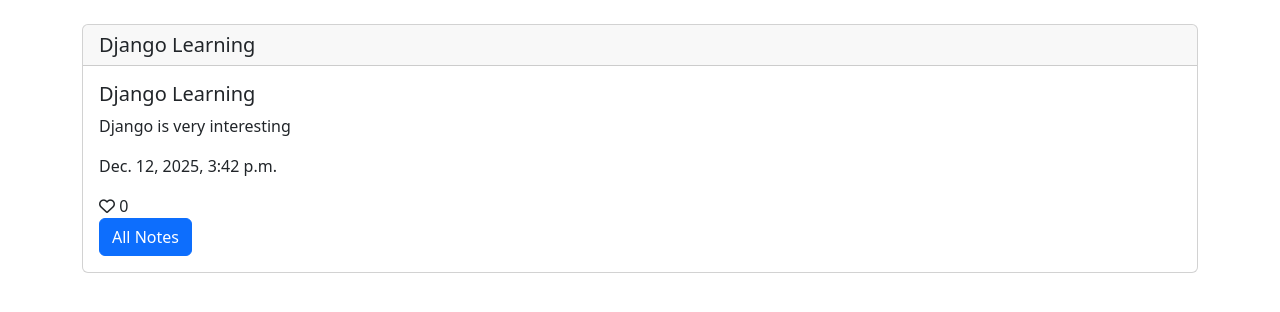
Repository: Mbote-Joseph/Django-Recap
Page: http://localhost/notes/1
These files come from the project's save history. The page is drawn as it stood at one moment and after the next save; the edit follows.
The browser window is 1280 px wide. The pictures show the whole page.
Some web libraries are served in a nearby version. The page is served by the project's application, run on Django 5.2 (manage.py). Other server files are loaded and not shown. The page reads the database file committed with the project.

Above is the page before, as saved 2025-12-14 00:40:34.

### smartnotes/notes/templates/notes/note_detail.html
{% extends "base.html" %}

{% block content %}
    <div class="container mt-4">
         <div class="card">
                <h5 class="card-header">{{note.title}} </h5>
                <div class="card-body">
                    <h5 class="card-title">{{note.title}} </h5>
                    <p class="card-text">{{note.text}} </p>
                    <p class="card-text">{{note.created}} </p>
                    <i class="fa-regular fa-heart"></i> <span class="card-text">{{note.likes}} </span>
                    <br>
                    <a href="{% url 'notes' %}" class="btn btn-primary">All Notes</a>
                </div>
            </div>
    </div>
{% endblock %}

### smartnotes/static/templates/base.html
{% load static %}

<!doctype html>
<html lang="en">
  <head>
    <meta charset="utf-8">
    <meta name="viewport" content="width=device-width, initial-scale=1">
    <title> Django Home </title>
    <link href="https://cdn.jsdelivr.net/npm/bootstrap@5.3.8/dist/css/bootstrap.min.css" rel="stylesheet" integrity="sha384-sRIl4kxILFvY47J16cr9ZwB07vP4J8+LH7qKQnuqkuIAvNWLzeN8tE5YBujZqJLB" crossorigin="anonymous">
    <script src="https://kit.fontawesome.com/08bbcc70b0.js" crossorigin="anonymous"></script>
  </head>
  <body>
    {% block content %}

      {% endblock %}
    <script src="https://cdn.jsdelivr.net/npm/bootstrap@5.3.8/dist/js/bootstrap.bundle.min.js" integrity="sha384-FKyoEForCGlyvwx9Hj09JcYn3nv7wiPVlz7YYwJrWVcXK/BmnVDxM+D2scQbITxI" crossorigin="anonymous"></script>

  </body>
</html>

### smartnotes/notes/models.py
from django.db import models

# Create your models here.
class Notes(models.Model):
    title = models.CharField(max_length=200)
    text = models.TextField()
    created = models.DateTimeField(auto_now_add=True)
    likes = models.PositiveSmallIntegerField(default=0)

### smartnotes/notes/views.py
from django.shortcuts import render
from django.db import models
from django.template.context_processors import request
from django.http import Http404
from django.apps import apps
from django.views.generic import ListView, DetailView, CreateView, UpdateView, DeleteView

from .models import Notes
# Create your views here.

class NotesListView(ListView):
    model = Notes
    context_object_name = "notes"
    template_name = 'notes/notes_list.html'

class PopularNotesListView(ListView):
    model = Notes
    context_object_name = "notes"
    template_name = 'notes/notes_list.html'
    queryset = Notes.objects.filter(likes__gt = 3)

class NotesDetailView(DetailView):
    model = Notes
    context_object_name = "note"
    template_name = 'notes/note_detail.html'

class NoteCreateView(CreateView):
    model = Notes
    fields = '__all__'
    template_name = 'notes/note_form.html' # Create this template in your templates folder
    success_url = '/notes' # Change to your success URL name
    # Optional: Override http_method_names if you only want 'get' and 'post'
    http_method_names = ['get', 'post', 'head', 'options']

class NoteUpdateView(UpdateView):
    model = Notes
    fields = '__all__'
    template_name = 'notes/note_form.html'
    success_url = '/notes'
    http_method_names = ['get', 'post', 'head', 'options']

class NoteDeleteView(DeleteView):
    model = Notes
    context_object_name = "note"
    template_name = 'notes/note_confirm_delete.html'
    success_url = '/notes'

# def list(request):
#     all_notes = Notes.objects.all()
#     return render(request, 'notes/notes_list.html', {'notes': all_notes})

# def note_details(request, pk):
#     try:
#         note_detail = Notes.objects.get(pk=pk)
#     except Notes.DoesNotExist:
#         raise Http404("Note Doesn't exist")
#     return render(request, 'notes/note_detail.html', {'note_detail': note_detail})

### smartnotes/smartnotes/urls.py
"""
URL configuration for smartnotes project.

The `urlpatterns` list routes URLs to views. For more information please see:
    https://docs.djangoproject.com/en/6.0/topics/http/urls/
Examples:
Function views
    1. Add an import:  from my_app import views
    2. Add a URL to urlpatterns:  path('', views.home, name='home')
Class-based views
    1. Add an import:  from other_app.views import Home
    2. Add a URL to urlpatterns:  path('', Home.as_view(), name='home')
Including another URLconf
    1. Import the include() function: from django.urls import include, path
    2. Add a URL to urlpatterns:  path('blog/', include('blog.urls'))
"""
from django.contrib import admin
from django.urls import path, include


urlpatterns = [
    path('admin/', admin.site.urls),
    path('', include("home.urls"), name='homepage'),
    path('books', include("books.urls")),
    path('notes', include("notes.urls"))
]

### smartnotes/home/urls.py
# Copyright 2025 josephmbote
#
# Licensed under the Apache License, Version 2.0 (the "License");
# you may not use this file except in compliance with the License.
# You may obtain a copy of the License at
#
#     https://www.apache.org/licenses/LICENSE-2.0
#
# Unless required by applicable law or agreed to in writing, software
# distributed under the License is distributed on an "AS IS" BASIS,
# WITHOUT WARRANTIES OR CONDITIONS OF ANY KIND, either express or implied.
# See the License for the specific language governing permissions and
# limitations under the License.

from django.urls import path
from . import views

urlpatterns = [
    path('home', views.HomeView.as_view(), name='home'),
    path('', views.WelcomeView.as_view(), name='welcome')
]

### smartnotes/books/urls.py
from django.urls import path
from . import views

urlpatterns = [
    path('',views.BooksListView.as_view(), name='books.list'),
    path('/<int:pk>',views.BookDetailsView.as_view(), name='book.details'),
    path('/bookform', views.BookCreateView.as_view(), name='book.create'),
    path('/<int:pk>/edit', views.BookUpdateView.as_view(), name='book.edit'),
    path('/<int:pk>/delete', views.BookDeleteView.as_view(), name='book.delete')
]

### smartnotes/notes/urls.py
from notes.views import PopularNotesListView
# Copyright 2025 josephmbote
#
# Licensed under the Apache License, Version 2.0 (the "License");
# you may not use this file except in compliance with the License.
# You may obtain a copy of the License at
#
#     https://www.apache.org/licenses/LICENSE-2.0
#
# Unless required by applicable law or agreed to in writing, software
# distributed under the License is distributed on an "AS IS" BASIS,
# WITHOUT WARRANTIES OR CONDITIONS OF ANY KIND, either express or implied.
# See the License for the specific language governing permissions and
# limitations under the License.

from django.urls import path
from . import views

urlpatterns = [
    path('', views.NotesListView.as_view(), name='notes'),
    path('/<int:pk>', views.NotesDetailView.as_view(), name='note.details'),
    path('/popular', views.PopularNotesListView.as_view(), name='popular.notes'),
    path('/noteform', views.NoteCreateView.as_view(), name='note.create'),
    path('/<int:pk>/edit', views.NoteUpdateView.as_view(), name='note.edit'),
    path('/<int:pk>/delete', views.NoteDeleteView.as_view(), name='note.delete')
]

### smartnotes/db.sqlite3 (the tables this page reads, as SQL)
CREATE TABLE "notes_notes" ("id" integer NOT NULL PRIMARY KEY AUTOINCREMENT, "title" varchar(200) NOT NULL, "text" text NOT NULL, "created" datetime NOT NULL, "likes" smallint unsigned NOT NULL CHECK ("likes" >= 0), "user_id" integer NOT NULL REFERENCES "auth_user" ("id") DEFERRABLE INITIALLY DEFERRED, "is_public" bool NOT NULL);
INSERT INTO "notes_notes" VALUES
(1, 'Django Learning', 'Django is very interesting', '2025-12-12 15:42:57.632563', 0, 1, 0),
(2, 'Backend Learning', 'This course will help me to develop Systems Backends', '2025-12-12 15:49:53.115529', 8, 1, 0),
(3, 'Class Based Views', 'The Class Based Views  with Many Likes', '2025-12-12 20:44:22.586927', 6, 1, 0),
(5, 'G Notes', 'your personal Notes', '2025-12-13 20:24:58.680277', 6, 1, 0),
(6, 'World Best Software Engineers', 'The world News Days Test', '2025-12-13 21:41:37.641205', 10, 1, 0),
(7, 'Test', 'test', '2025-12-13 23:05:00.121196', 7, 2, 0);

After the next save:
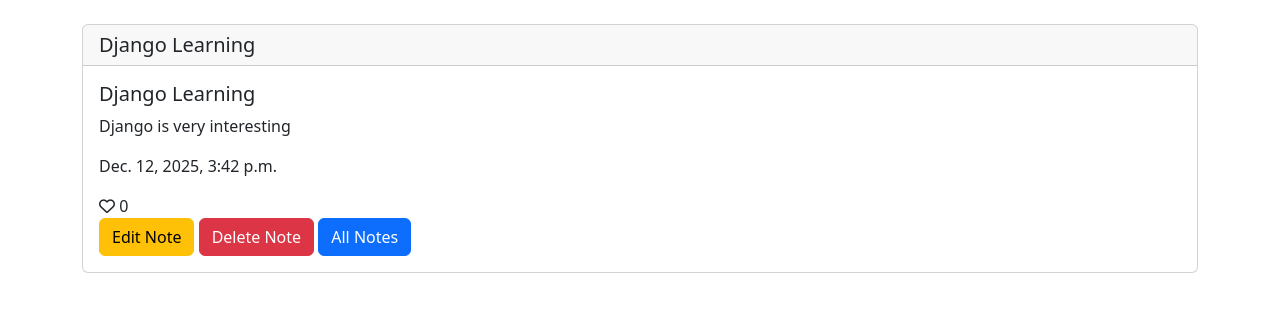
Saved 33 s later.
--- a/smartnotes/notes/templates/notes/note_detail.html
+++ b/smartnotes/notes/templates/notes/note_detail.html
@@ -10,6 +10,8 @@
                     <p class="card-text">{{note.created}} </p>
                     <i class="fa-regular fa-heart"></i> <span class="card-text">{{note.likes}} </span>
                     <br>
+                    <a href="{% url 'note.edit' pk=note.id %}" class="btn btn-warning">Edit Note</a>
+                    <a href="{% url 'note.delete' pk=note.id %}" class="btn btn-danger">Delete Note</a>
                     <a href="{% url 'notes' %}" class="btn btn-primary">All Notes</a>
                 </div>
             </div>
